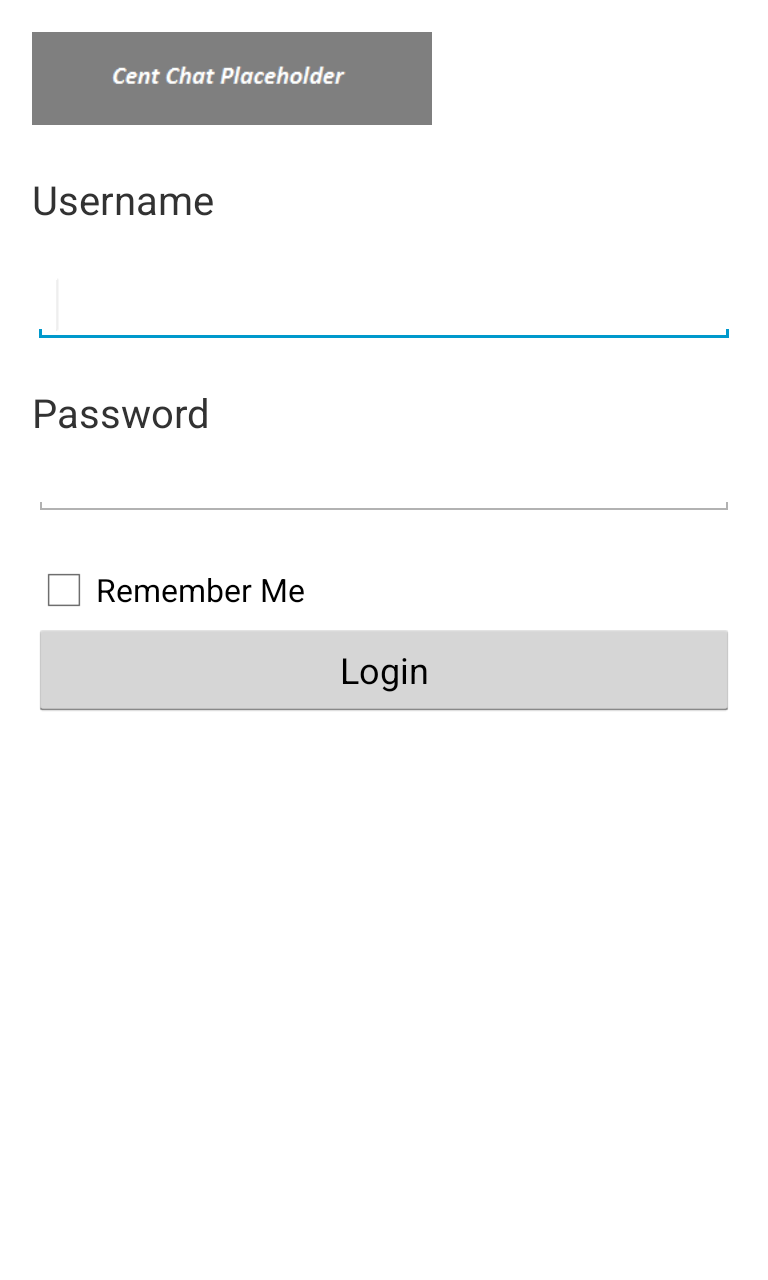
Repository: emeryduh/AndroidProject
Layout: client/TeamJonesProject/res/layout/activity_login.xml
These files come from the project's save history. The layout is drawn as it stood at one moment and after the next save; the edit follows.
It is drawn on a 768 x 1280 px phone screen (xhdpi) without system bars, with theme AppTheme; the app's code is not run.

Above is the layout before, as saved 2014-10-01 01:39:56.

After the next save:
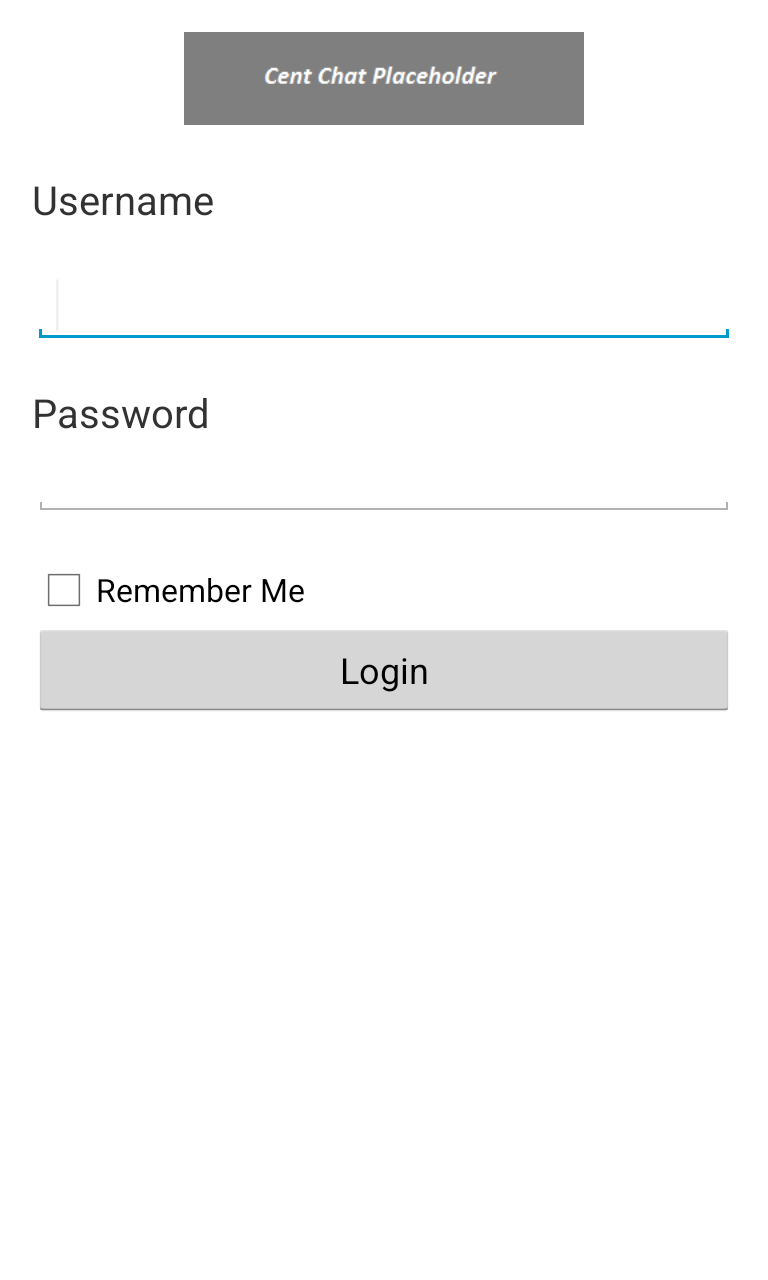
Saved 44 s later.
--- a/client/TeamJonesProject/res/layout/activity_login.xml
+++ b/client/TeamJonesProject/res/layout/activity_login.xml
@@ -20,6 +20,7 @@
             android:id="@+id/imageView1"
             android:layout_width="wrap_content"
             android:layout_height="wrap_content"
+            android:layout_gravity="center_horizontal"
             android:src="@drawable/header_300x70" />
 
     </LinearLayout>
